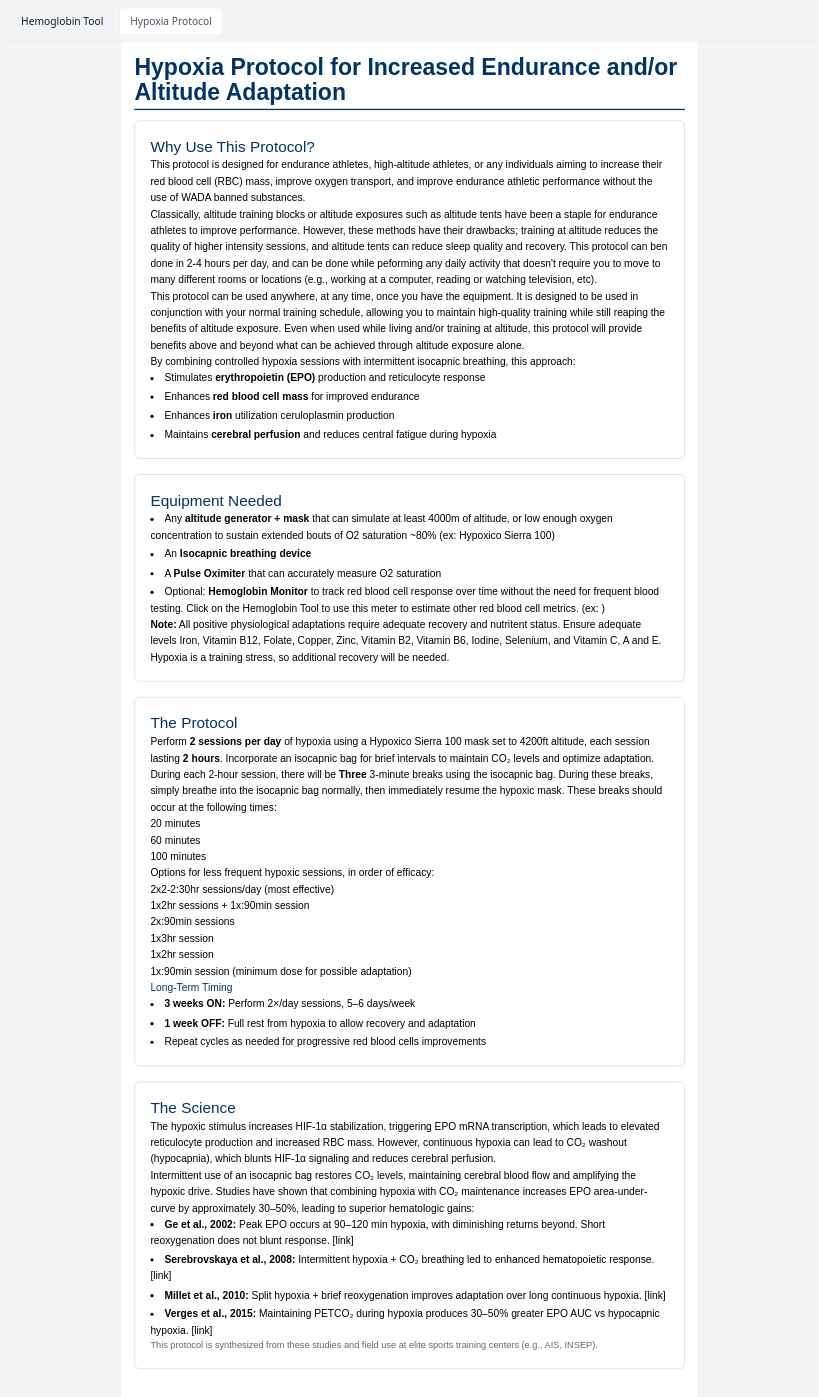
Repository: austenhughes1/hemoglobin_rbc_metrics
Page: hypoxia_protocol.html
An editor plug-in stored every save of this project. The page is shown before and after the next save, followed by the edit.
The browser window is 1280 px wide. The pictures show the whole page, at 64% of full size.
Some web libraries are served in a nearby version.

Above is the page before, as saved 2025-06-25 16:10:36.

### hypoxia_protocol.html
<!DOCTYPE html>
<html lang="en">
<head>
  <meta charset="UTF-8" />
  <meta name="viewport" content="width=device-width, initial-scale=1.0"/>
  <title>Hemocalc PRO Hypoxia + Isocapnic Bag Protocol</title>
  <script src="https://cdn.tailwindcss.com"></script>
  <style>
    /* Typography & layout for the content area */
    .content {
      font-family: Arial, sans-serif;
      line-height: 1.6;
      padding: 20px;
      max-width: 900px;
      margin: auto;
      background: white;
    }
    h1, h2, h3 { color: #003366; }
    h1 { border-bottom: 2px solid #003366; padding-bottom: 5px; }
    .citation { font-size: 0.9em; color: #666; }
  </style>
</head>
<body class="bg-gray-100 min-h-screen">

  <!-- Full‐width sticky header -->
  <header class="sticky top-0 z-20 bg-gray-100 shadow-sm w-full">
    <nav class="flex justify-start space-x-2 px-4 py-3">
      <a
        href="index.html"
        class="px-4 py-2 border border-b-0 rounded-t bg-gray-100 text-gray-900 font-medium whitespace-nowrap"
      >
        Hemoglobin Tool
      </a>
      <a
        href="hypoxia_protocol.html"
        class="px-4 py-2 border border-b-0 rounded-t bg-white text-gray-600 hover:bg-gray-200 whitespace-nowrap"
      >
        Hypoxia Protocol
      </a>
    </nav>
  </header>

  <!-- Main content container -->
  <div class="content">
    <h1 class="text-4xl font-bold mb-4">Hypoxia Protocol for Increased Endurance and/or Altitude Adaptation</h1>

    <section class="border border-gray-300 rounded-lg p-6 mb-6 bg-white">
        <h2 class="text-2xl">Why Use This Protocol?</h2>
        <p>
        This protocol is designed for endurance athletes, high-altitude athletes, or any individuals aiming to increase their red blood cell (RBC) mass, improve oxygen transport, and improve endurance athletic performance without the use of WADA banned substances.
        </p>
        <p>
        Classically, altitude training blocks or altitude exposures such as altitude tents have been a staple for endurance athletes to improve performance. However, these methods have their drawbacks; training at altitude reduces the quality of higher intensity sessions, and altitude tents can reduce sleep quality and recovery. This protocol can ben done in 2-4 hours per day, and can be done while peforming any daily activity that doesn't require you to move to many different rooms or locations (e.g., working at a computer, reading or watching television, etc).
        </p>
        <p>
        This protocol can be used anywhere, at any time, once you have the equipment. It is designed to be used in conjunction with your normal training schedule, allowing you to maintain high-quality training while still reaping the benefits of altitude exposure. Even when used while living and/or training at altitude, this protocol will provide benefits above and beyond what can be achieved through altitude exposure alone.
        </p>
        <p>By combining controlled hypoxia sessions with intermittent isocapnic breathing, this approach:</p>
        <ul class="list-disc list-inside space-y-1">
            <li>Stimulates <strong>erythropoietin (EPO)</strong> production and reticulocyte response</li>
            <li>Enhances <strong>red blood cell mass</strong> for improved endurance</li>
            <li>Enhances <strong>iron</strong> utilization ceruloplasmin production </li>
            <li>Maintains <strong>cerebral perfusion</strong> and reduces central fatigue during hypoxia</li>
        </ul>
    </section>

    <section class="border border-gray-300 rounded-lg p-6 mb-6 bg-white">
        <h2 class="text-2xl">Equipment Needed</h2>
        <ul class="list-disc list-inside space-y-1">
            <li>Any <strong>altitude generator + mask</strong> that can simulate at least 4000m of altitude, or low enough oxygen concentration to sustain extended bouts of O2 saturation ~80% (ex: <a href="https://hypoxico.com/products/sierra-100">Hypoxico Sierra 100</a>)</li>
            <li>An <strong>Isocapnic breathing device</strong></li>
            <li>A <strong>Pulse Oximiter</strong> that can accurately measure O2 saturation</li>
            <li>Optional: <strong>Hemoglobin Monitor</strong> to track red blood cell response over time without the need for frequent blood testing. Click on the <a href="https://www.hemocalc.pro/index.html">Hemoglobin Tool</a> to use this meter to estimate other red blood cell metrics. (ex: )</li>
        </ul>
        <p>
        <strong>Note:</strong> All positive physiological adaptations require adequate recovery and nutritent status. Ensure adequate levels Iron, Vitamin B12, Folate, Copper, Zinc, Vitamin B2, Vitamin B6, Iodine, Selenium, and Vitamin C, A and E. Hypoxia is a training stress, so additional recovery will be needed.
        </p>
    </section>

    <section class="border border-gray-300 rounded-lg p-6 mb-6 bg-white">
        <h2 class="text-2xl">The Protocol</h2>
        <p>
        Perform <strong>2 sessions per day</strong> of hypoxia using a Hypoxico Sierra 100 mask set to 4200ft altitude, each session lasting <strong>2 hours</strong>. Incorporate an isocapnic bag for brief intervals to maintain CO₂ levels and optimize adaptation.
        </p>

        <p>
        During each 2-hour session, there will be <strong>Three</strong> 3-minute breaks using the isocapnic bag. During these breaks, simply breathe into the isocapnic bag normally, then immediately resume the hypoxic mask. These breaks should occur at the following times:
        <ul>
            <li>20 minutes</li>
            <li>60 minutes</li>
            <li>100 minutes</li>
        </ul>
        </p>

        <p>
        Options for less frequent hypoxic sessions, in order of efficacy:
        <ul>
            <li>2x2-2:30hr sessions/day (most effective)</li>
            <li>1x2hr sessions + 1x:90min session</li>
            <li>2x:90min sessions</li>
            <li>1x3hr session</li>
            <li>1x2hr session</li>
            <li>1x:90min session (minimum dose for possible adaptation)</li>
        </ul>
        </p>

        <h3>Long-Term Timing</h3>
        <ul class="list-disc list-inside space-y-1">
        <li><strong>3 weeks ON:</strong> Perform 2×/day sessions, 5–6 days/week</li>
        <li><strong>1 week OFF:</strong> Full rest from hypoxia to allow recovery and adaptation</li>
        <li>Repeat cycles as needed for progressive red blood cells improvements</li>
        </ul>
    </section>


    <section class="border border-gray-300 rounded-lg p-6 mb-6 bg-white">
        <h2 class="text-2xl">The Science </h2>
        <p>
        The hypoxic stimulus increases HIF-1α stabilization, triggering EPO mRNA transcription, which leads to elevated reticulocyte production and increased RBC mass. However, continuous hypoxia can lead to CO₂ washout (hypocapnia), which blunts HIF-1α signaling and reduces cerebral perfusion.
        </p>
        <p>
        Intermittent use of an isocapnic bag restores CO₂ levels, maintaining cerebral blood flow and amplifying the hypoxic drive. Studies have shown that combining hypoxia with CO₂ maintenance increases EPO area-under-curve by approximately 30–50%, leading to superior hematologic gains:
        </p>
        <ul class="list-disc list-inside space-y-1">
        <li><strong>Ge et al., 2002:</strong> Peak EPO occurs at 90–120 min hypoxia, with diminishing returns beyond. Short reoxygenation does not blunt response. [<a href="https://www.hypoxico.com/wp-content/uploads/2018/04/Determinants-of-erythropoietin-release-in-response-to-short-term-hypobaric-hypoxia.pdf" target="_blank">link</a>]</li>
        <li><strong>Serebrovskaya et al., 2008:</strong> Intermittent hypoxia + CO₂ breathing led to enhanced hematopoietic response. [<a href="https://pubmed.ncbi.nlm.nih.gov/18078855/" target="_blank">link</a>]</li>
        <li><strong>Millet et al., 2010:</strong> Split hypoxia + brief reoxygenation improves adaptation over long continuous hypoxia. [<a href="https://pubmed.ncbi.nlm.nih.gov/20092365/" target="_blank">link</a>]</li>
        <li><strong>Verges et al., 2015:</strong> Maintaining PETCO₂ during hypoxia produces 30–50% greater EPO AUC vs hypocapnic hypoxia. [<a href="https://pubmed.ncbi.nlm.nih.gov/26319812/" target="_blank">link</a>]</li>
        </ul>

        <p class="citation">
        This protocol is synthesized from these studies and field use at elite sports training centers (e.g., AIS, INSEP).
        </p>
    </section>
  </div>
</body>
</html>

After the next save:
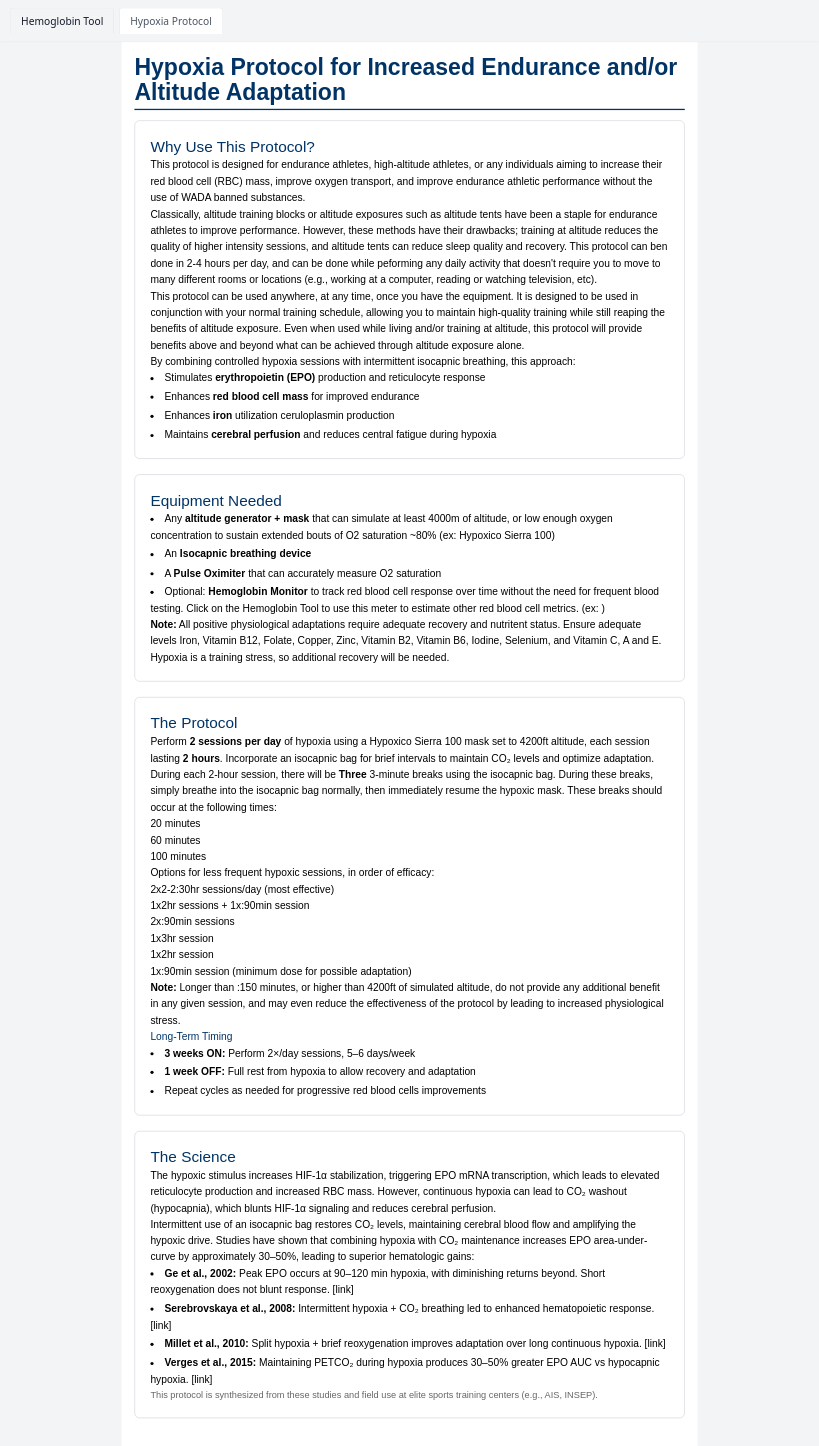
Saved 97 s later.
--- a/hypoxia_protocol.html
+++ b/hypoxia_protocol.html
@@ -102,6 +102,7 @@
             <li>1x2hr session</li>
             <li>1x:90min session (minimum dose for possible adaptation)</li>
         </ul>
+        <strong>Note:</strong> Longer than :150 minutes, or higher than 4200ft of simulated altitude, do not provide any additional benefit in any given session, and may even reduce the effectiveness of the protocol by leading to increased physiological stress.
         </p>
 
         <h3>Long-Term Timing</h3>
